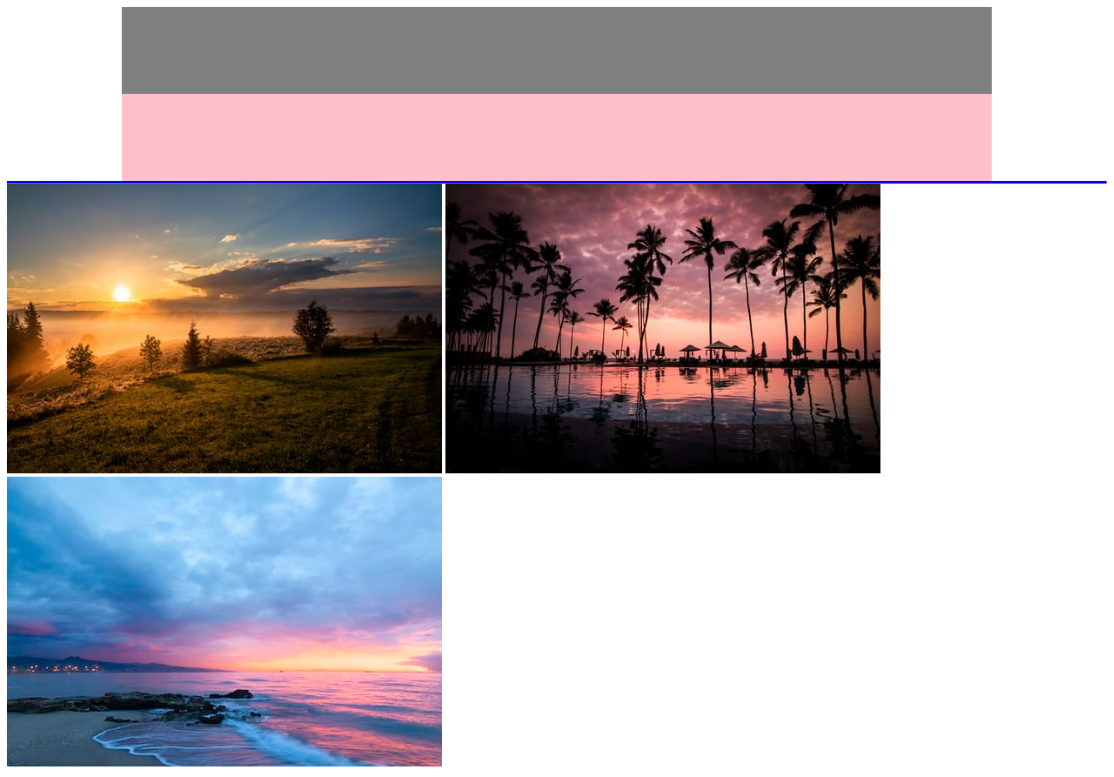
Repository: ArchivvonJang/learn_program_language
Page: webApp/WebContent/Javascript/js21_scrollBanner/img/js21_scrollBanner.html
The author's editor kept a copy of each file at every save. The page is drawn from the files as they stood at one save, then again after the next save.
The browser window is 1280 px wide. The pictures show the whole page, at 87% of full size.

Above is the page before, as saved 2021-03-04 00:58:12.

### webApp/WebContent/Javascript/js21_scrollBanner/img/js21_scrollBanner.html
<!DOCTYPE html>
<html>
<head>
<meta charset="UTF-8">
<title>Insert title here</title>
<style>
	#header1, #header2{
		height:100px;
		width:1000px;
		margin:0 auto;
	}
	#header1{
		background-color:gray;
	}
	#header2{
		background-color:pink;
	}
	#bar{
		height:3px;
		background-color:blue;
	}
	#content{
		width:1000px;
		margin:0 auto;
		background-color:gray;
		position:relative;

			}
</style>
</head>
<body>
<div id= "header1"></div>
<div id="header2"></div>
<div id="bar"></div>
<div id="content"></div>
	<img src="img/sunset1.jpg"/>
	<img src="img/sunset2.jpg"/>
	<img src="img/sunset3.jpg"/>
</body>
</html>

After the next save:
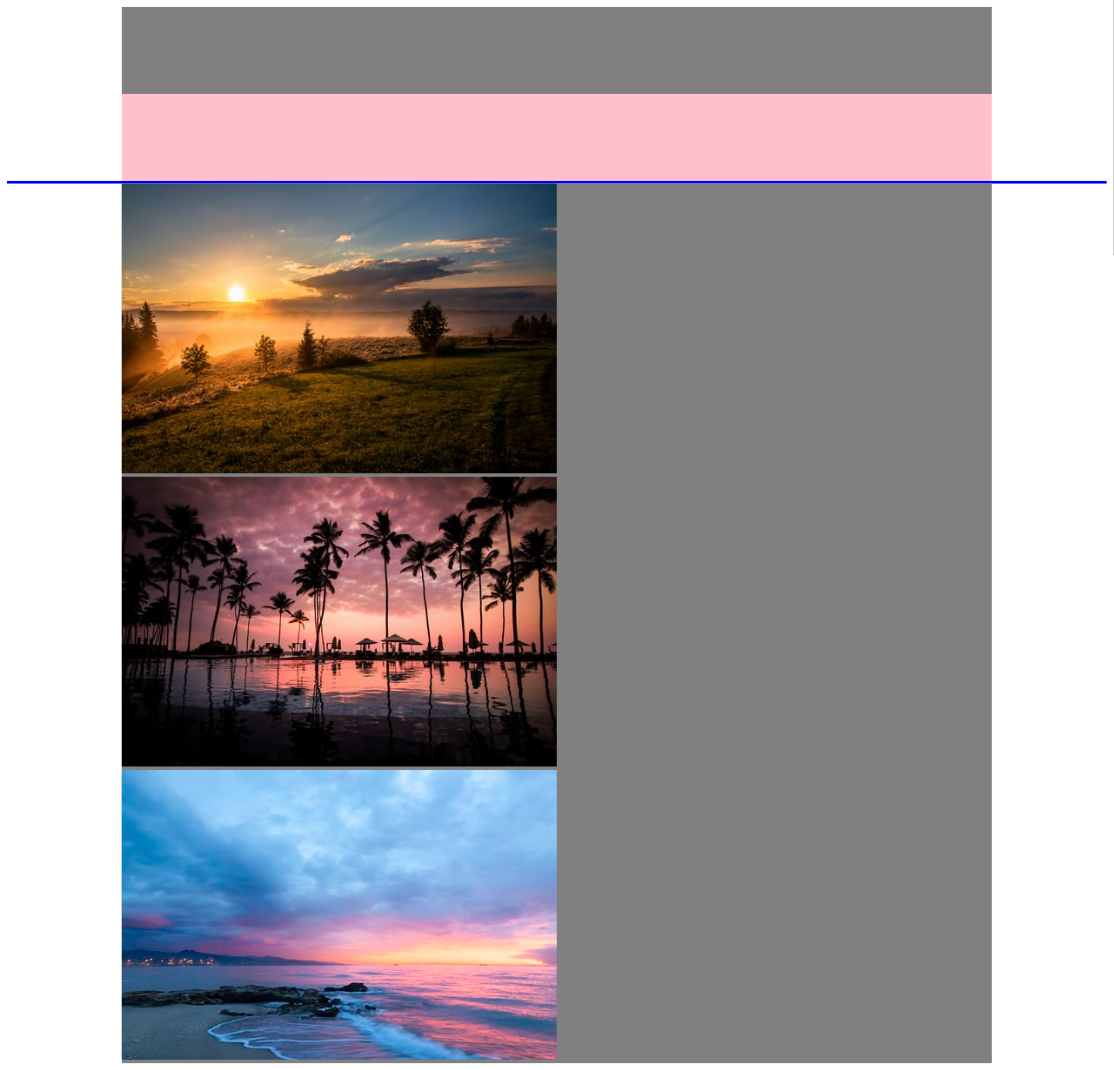
Saved 102 s later.
--- a/webApp/WebContent/Javascript/js21_scrollBanner/img/js21_scrollBanner.html
+++ b/webApp/WebContent/Javascript/js21_scrollBanner/img/js21_scrollBanner.html
@@ -32,9 +32,15 @@
 <div id= "header1"></div>
 <div id="header2"></div>
 <div id="bar"></div>
-<div id="content"></div>
-	<img src="img/sunset1.jpg"/>
-	<img src="img/sunset2.jpg"/>
-	<img src="img/sunset3.jpg"/>
+<div id="content">
+	<img src="../img/sunset1.jpg"/>
+	<img src="../img/sunset2.jpg"/>
+	<img src="../img/sunset3.jpg"/>
+
+	<!-- 배너 -->
+	<div id="leftBanner"> </div>
+	<div id="rightBanner"> </div>
+
+	</div>
 </body>
 </html>
